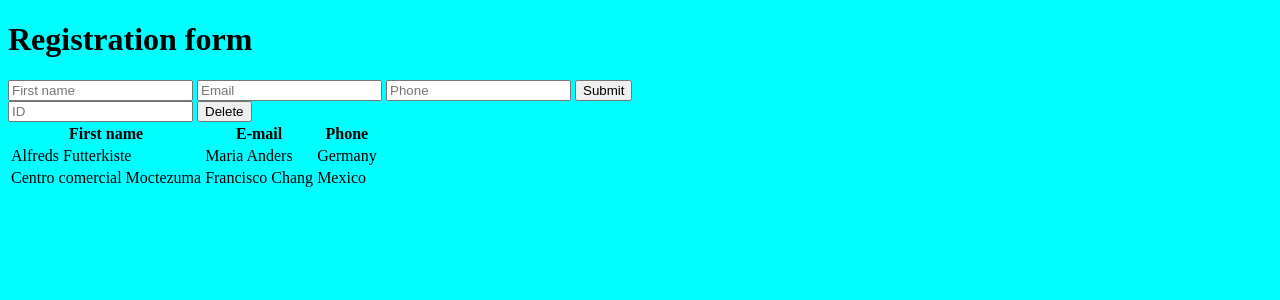
Repository: mediumrtp/CRUD
Page: index.html
These files come from the project's save history. The page is drawn as it stood at one moment and after the next save; the edit follows.
The browser window is 1280 px wide. The pictures show the whole page.

Above is the page before, as saved 2022-11-15 09:01:46.

### index.html
<!DOCTYPE html>
<html>

<head>
    <link rel="stylesheet" type="text/css" href="css/style.css">
</head>

<body>
    <h1 class="heading">Registration form</h1>

    <form action="/add_user" method="POST">

        <input type="text" name="empName" placeholder="First name" required>

        <input type="email" name="empEmail" placeholder="Email" required>

        <input type="text" name="empMobile" placeholder="Phone" required>

        <input type="submit" value="Submit">
    </form>
    <form action="/delete" method="POST">

        <input type="text" name="id" placeholder="ID" required>

        <button type="submit">Delete</button>
        <!-- <button type="submit" class="btn">Submit</button> -->
    </form>

    <table>
        <tr>
            <th>First name</th>
            <th>E-mail</th>
            <th>Phone</th>
        </tr>
        <tr>
            <td>Alfreds Futterkiste</td>
            <td>Maria Anders</td>
            <td>Germany</td>
        </tr>
        <tr>
            <td>Centro comercial Moctezuma</td>
            <td>Francisco Chang</td>
            <td>Mexico</td>
        </tr>
    </table>
</body>

</html>

### style.css
body {
    background-color: aqua;
}

.h1 {
    color: red
}

After the next save:
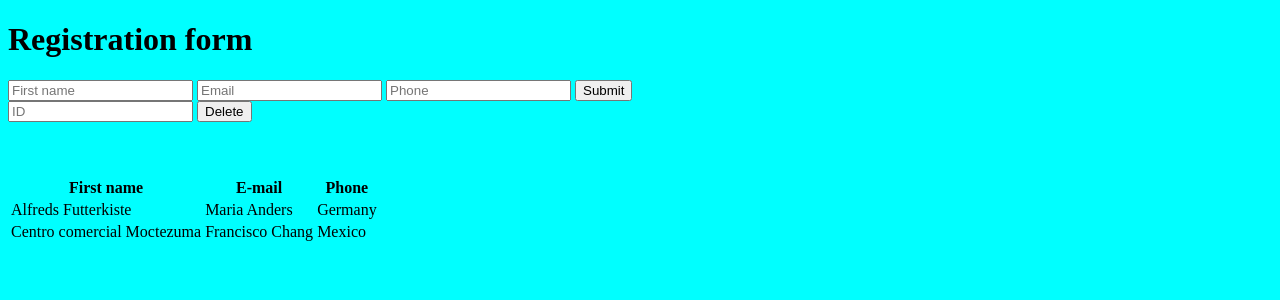
Saved 22 s later.
--- a/index.html
+++ b/index.html
@@ -26,6 +26,10 @@
         <!-- <button type="submit" class="btn">Submit</button> -->
     </form>
 
+    </br>
+    </br>
+    </br>
+
     <table>
         <tr>
             <th>First name</th>
